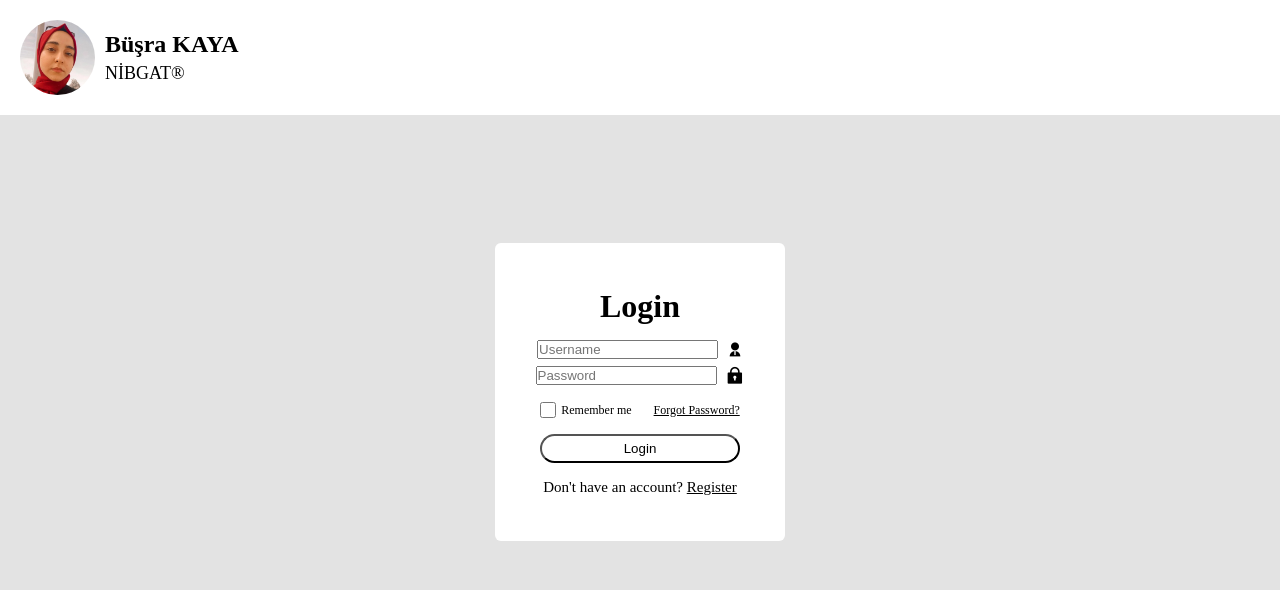
Repository: busra-kayaa/LoginPage
Page: login.html
The author's editor kept a copy of each file at every save. The page is drawn from the files as they stood at one save, then again after the next save.
The browser window is 1280 px wide. The pictures show the whole page.

Above is the page before, as saved 2024-01-05 17:21:00.

After the next save:
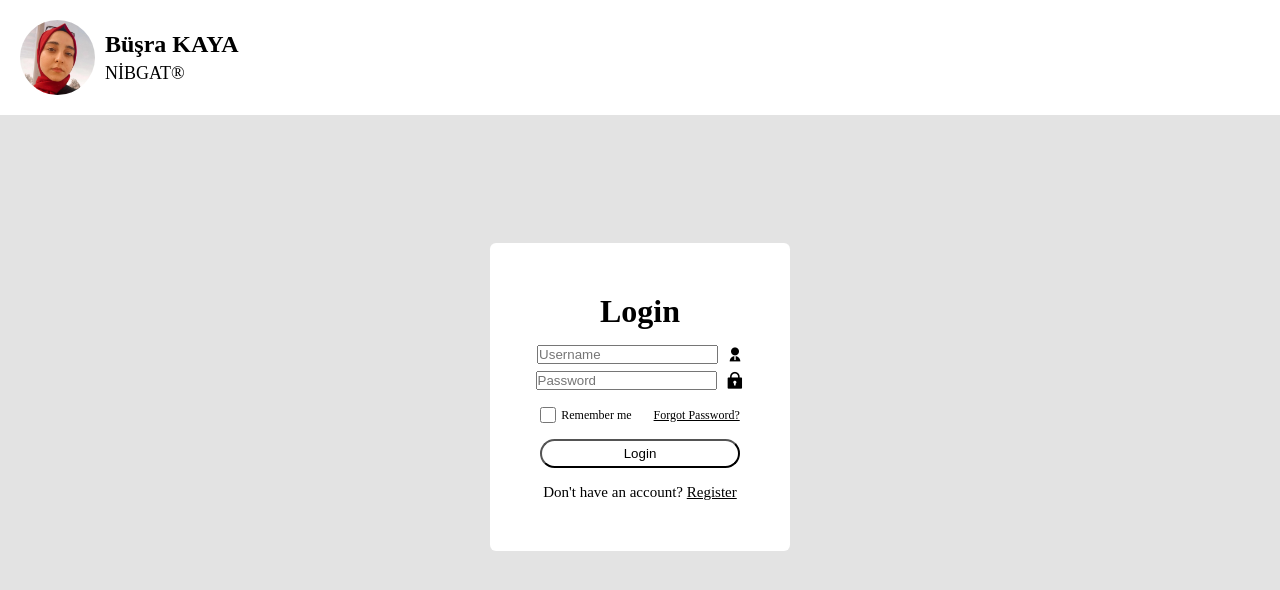
Saved 5 s later.
--- a/style.css
+++ b/style.css
@@ -56,7 +56,7 @@ body {
     text-align: center;
     margin: auto;
     width: 200px;
-    padding: 45px;
+    padding: 50px;
 }
 
 .login-text {
